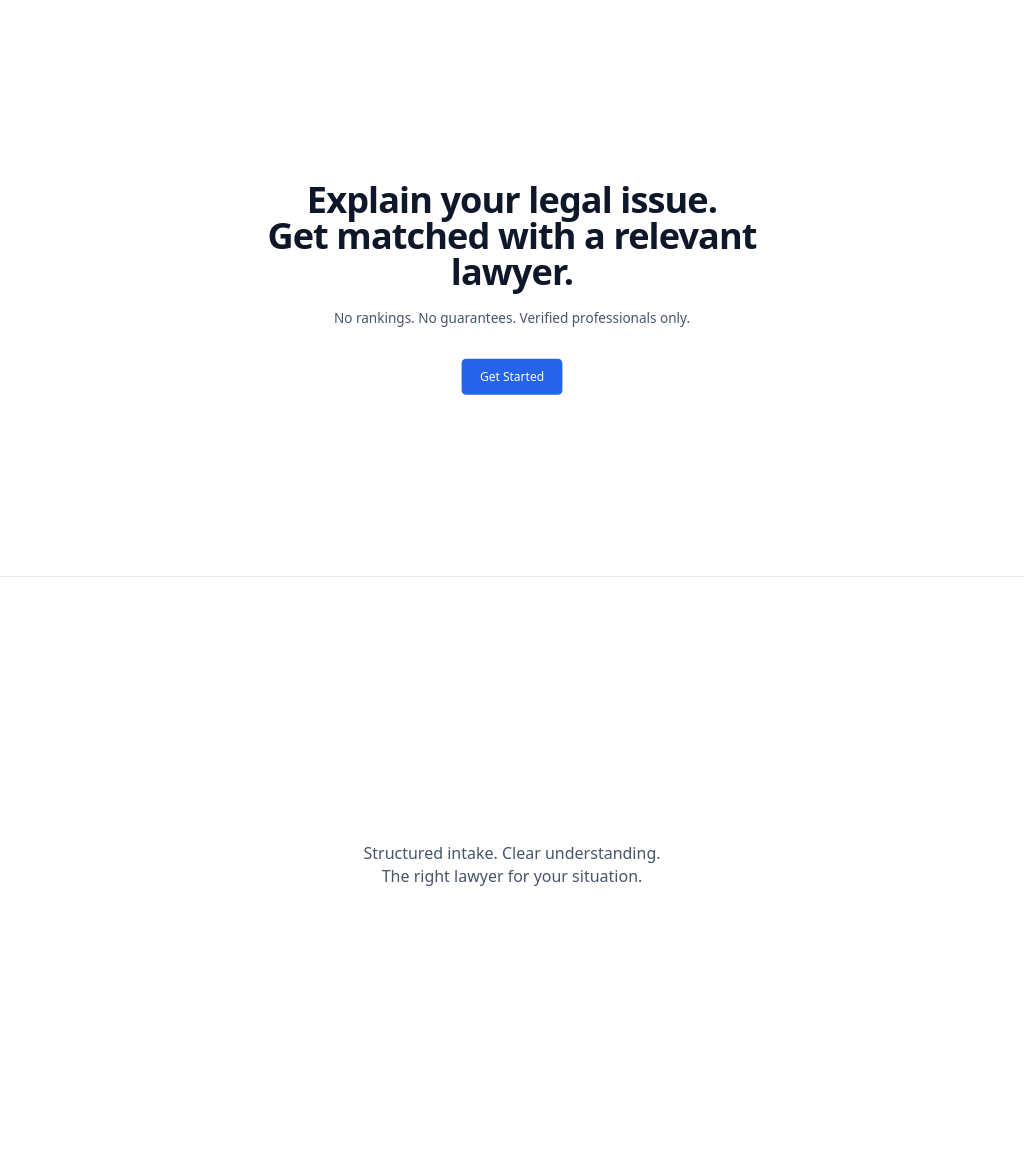
Repository: Aroxy22/legal-res
Page: /
An editor plug-in stored every save of this project. The page is shown before and after the next save, followed by the edit.
The browser window is 1280 px wide. The pictures show the whole page, at 80% of full size.
The project was rebuilt for these pictures with package versions that can differ from the ones it lists, and the page was loaded fresh each time. The framework's server and built-in components were replaced by stand-ins that run in the browser. Also part of the build but not shown: next.config.ts.

Above is the page before, as saved 2025-12-22 01:16:08.

### app/page.tsx
"use client";

import { motion, useScroll, useTransform } from "framer-motion";
import { useRouter } from "next/navigation";

export default function Home() {
  const { scrollYProgress } = useScroll();
  const router = useRouter();

  const scale = useTransform(scrollYProgress, [0, 0.25], [1, 0.94]);

  return (
    <main className="min-h-[200vh] bg-white">
      {/* HERO */}
      <section className="sticky top-0 h-screen flex items-center justify-center">
        <motion.div
          style={{ scale }}
          className="text-center px-6 max-w-3xl"
        >
          <h1 className="text-5xl font-semibold tracking-tight text-textPrimary">
            Explain your legal issue.
            <br />
            Get matched with a relevant lawyer.
          </h1>

          <p className="mt-6 text-lg text-textSecondary">
            No rankings. No guarantees. Verified professionals only.
          </p>

          <button
            onClick={() => router.push("/intake")}
            className="mt-10 px-6 py-3 bg-primary text-white rounded-md
                       hover:bg-primaryHover transition-colors"
          >
            Get Started
          </button>
        </motion.div>
      </section>

      {/* BELOW HERO */}
      <section className="h-screen flex items-center justify-center border-t border-borderSubtle">
        <p className="text-xl text-textSecondary max-w-xl text-center px-6">
          Structured intake. Clear understanding.
          <br />
          The right lawyer for your situation.
        </p>
      </section>
    </main>
  );
}

### app/globals.css
@tailwind base;
@tailwind components;
@tailwind utilities;

/* sanity check */
html {
  background-color: white;
}

### tailwind.config.js
/** @type {import('tailwindcss').Config} */
module.exports = {
  content: [
    "./app/**/*.{js,ts,jsx,tsx}",
    "./components/**/*.{js,ts,jsx,tsx}",
  ],
  theme: {
    extend: {
      colors: {
        primary: "#2563EB",
        primaryHover: "#1D4ED8",
        textPrimary: "#0F172A",
        textSecondary: "#475569",
        borderSubtle: "#E2E8F0",
      },
    },
  },
  plugins: [],
};

Loaded but not shown: app/layout.tsx (common file)

After the next save:
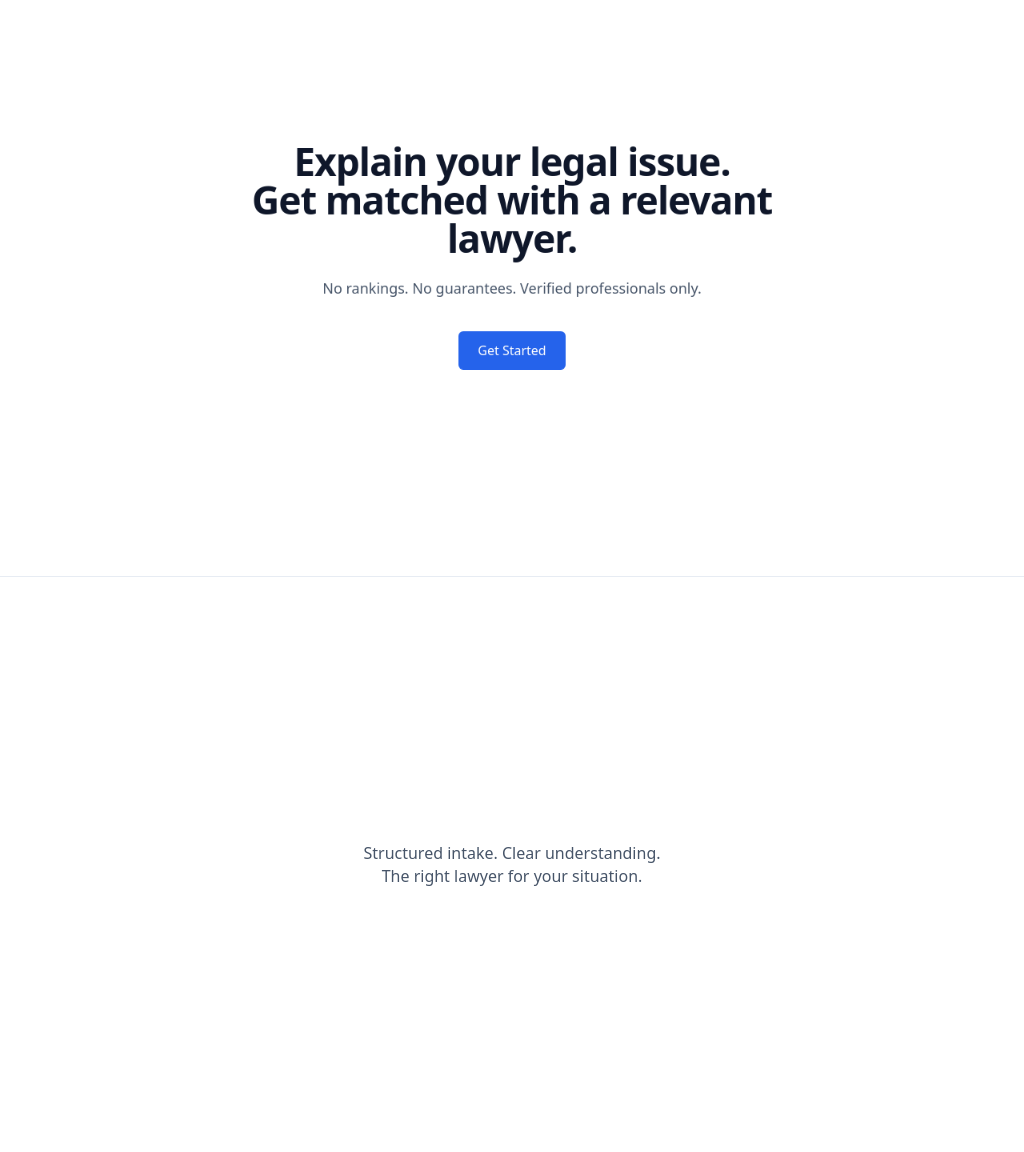
Saved 105 s later.
--- a/app/page.tsx
+++ b/app/page.tsx
@@ -7,15 +7,17 @@ export default function Home() {
   const { scrollYProgress } = useScroll();
   const router = useRouter();
 
-  const scale = useTransform(scrollYProgress, [0, 0.25], [1, 0.94]);
+  // Apple-style motion: translate + fade, NO scale
+  const y = useTransform(scrollYProgress, [0, 0.25], [0, -40]);
+  const opacity = useTransform(scrollYProgress, [0, 0.2], [1, 0.85]);
 
   return (
     <main className="min-h-[200vh] bg-white">
       {/* HERO */}
-      <section className="sticky top-0 h-screen flex items-center justify-center">
+      <section className="sticky top-0 h-screen flex items-center justify-center overflow-hidden">
         <motion.div
-          style={{ scale }}
-          className="text-center px-6 max-w-3xl"
+          style={{ y, opacity }}
+          className="text-center px-6 max-w-3xl will-change-transform"
         >
           <h1 className="text-5xl font-semibold tracking-tight text-textPrimary">
             Explain your legal issue.
